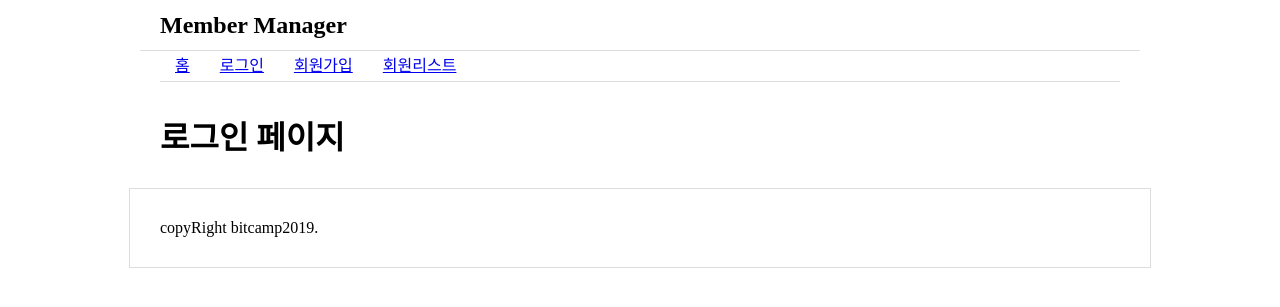
Repository: hhw9797/bitcampjn201904
Page: http://localhost/MemberManager/member/login.jsp
These files come from the project's save history. The page is drawn as it stood at one moment and after the next save; the edit follows.
The browser window is 1280 px wide. The pictures show the whole page.
The page is served by Tomcat 9. Other server files are loaded and not shown.

Above is the page before, as saved 2019-06-20 08:15:01.

### html/html5/jsp/MemberManager/WebContent/member/login.jsp
<%@ page language="java" contentType="text/html; charset=UTF-8"
	pageEncoding="UTF-8"%>
<!DOCTYPE html>
<html>
<head>
<meta charset="UTF-8">
<title>Insert title here</title>
<script src="https://code.jquery.com/jquery-1.12.4.js"></script>
<link href="/mm/css/default.css" rel="stylesheet" type="text/css">
<style>

</style>
</head>
<body>

<!-- 헤더 시작 -->
<%@ include file="../frame/header.jsp" %>
<!-- 헤더 끝 -->


<!-- 네비게이션 시작 -->
<%@ include file="../frame/nav.jsp" %>
<!-- 네비게이션 끝 -->


<!-- 컨텐츠 시작 -->
	<div id="contents">
		<h1>로그인 페이지</h1>
	</div>
<!-- 컨텐츠 끝 -->


<!-- 푸터 시작 -->
<%@ include file="../frame/footer.jsp" %>
<!-- 푸터 끝 -->

</body>
</html>

### html/html5/jsp/MemberManager/WebContent/frame/header.jsp
<%@ page language="java" contentType="text/html; charset=UTF-8"
    pageEncoding="UTF-8"%>
<div id="header">
	<h2>Member Manager</h2>
</div>

### html/html5/jsp/MemberManager/WebContent/frame/nav.jsp
<%@ page language="java" contentType="text/html; charset=UTF-8"
    pageEncoding="UTF-8"%>
<div id="nav">
	<ul>
		<li><a href="#">홈</a></li>
		<li><a href="<%= request.getContextPath() %>/member/login.jsp">로그인</a></li>
		<li><a href="#">회원가입</a></li>
		<li><a href="#">회원리스트</a></li>
	</ul>
</div>

### html/html5/jsp/MemberManager/WebContent/frame/footer.jsp
<%@ page language="java" contentType="text/html; charset=UTF-8"
    pageEncoding="UTF-8"%>
<div id="footer">
	copyRight bitcamp2019.
</div>

### html/html5/jsp/MemberManager/WebContent/css/default.css
@charset "UTF-8";
	* {
		margin : 0;
		padding : 0;
	}
	div {
		width : 960px;
		margin : 0 auto;
	}

	#header {
		height: 50px;
		padding : 0 20px;
		border-bottom : 1px solid #DDD;
	}
	#header>h2 {
		line-height: 50px;
	}

	#nav {
		height : 30px;
		border-bottom: 1px solid #DDD;
	}

	#nav>ul {
		overflow : hidden; /* 또는 contents 에서 clear both */
	}
	#nav>ul>li {
		list-style : none;
		float: left;
		padding: 0 15px;

		line-height: 30px;
	}

	#contents {
		padding : 30px;

	}

	#footer {
		border: 1px solid #DDD;
		padding: 30px;
	}

After the next save:
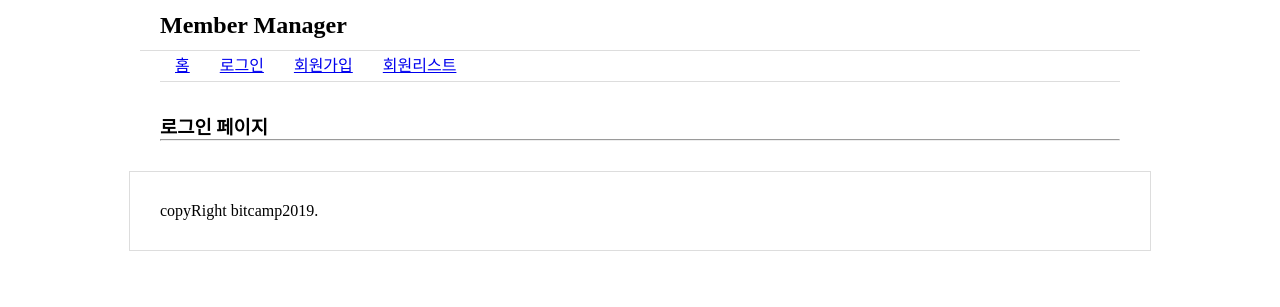
Saved 31 s later.
--- a/html/html5/jsp/MemberManager/WebContent/member/login.jsp
+++ b/html/html5/jsp/MemberManager/WebContent/member/login.jsp
@@ -25,7 +25,8 @@
 
 <!-- 컨텐츠 시작 -->
 	<div id="contents">
-		<h1>로그인 페이지</h1>
+		<h3>로그인 페이지</h3>
+		<hr>
 	</div>
 <!-- 컨텐츠 끝 -->
 
